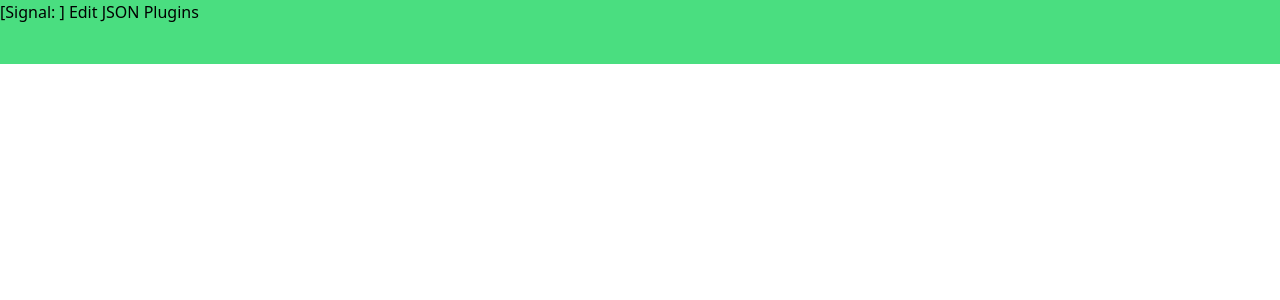
Repository: ShumilovMikhail/plugins-app
Page: / (app in app/frontend/)
An editor plug-in stored every save of this project. The page is shown before and after the next save, followed by the edit.
The browser window is 1280 px wide. The pictures show the whole page.
The project was rebuilt for these pictures with package versions that can differ from the ones it lists, and the page was loaded fresh each time. Also part of the build but not shown: app/frontend/angular.json.

Above is the page before, as saved 2024-05-13 07:21:55.

After the next save:
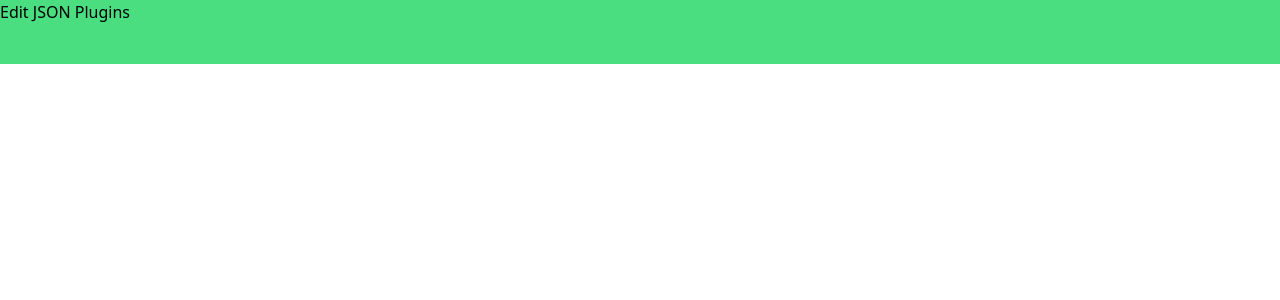
Saved 11 s later.
--- a/app/frontend/src/app/layout/header/header.component.html
+++ b/app/frontend/src/app/layout/header/header.component.html
@@ -1,5 +1,4 @@
 <div class="h-16 w-full bg-green-400">
-  {{headerService.pageName}}
   Edit JSON
   Plugins
 </div>
